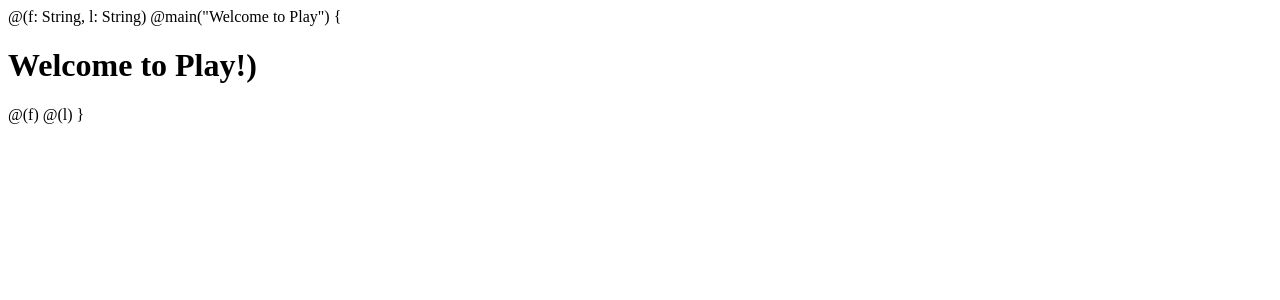
Repository: fkargar/VCASoft
Page: iautoshop/app/views/index.scala.html
These files come from the project's save history. The page is drawn as it stood at one moment and after the next save; the edit follows.
The browser window is 1280 px wide. The pictures show the whole page.

Above is the page before, as saved 2017-12-15 03:06:06.

### iautoshop/app/views/index.scala.html
@(f: String, l: String)

@main("Welcome to Play") {
  <h1>Welcome to Play!)</h1>
  @(f)
  @(l)
}

After the next save:
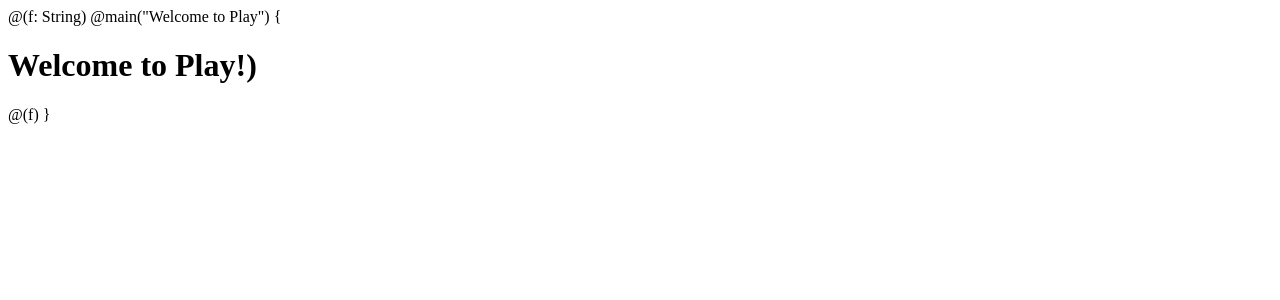
Saved 2 min 40 s later.
--- a/iautoshop/app/views/index.scala.html
+++ b/iautoshop/app/views/index.scala.html
@@ -1,7 +1,6 @@
-@(f: String, l: String)
+@(f: String)
 
 @main("Welcome to Play") {
   <h1>Welcome to Play!)</h1>
   @(f)
-  @(l)
 }
